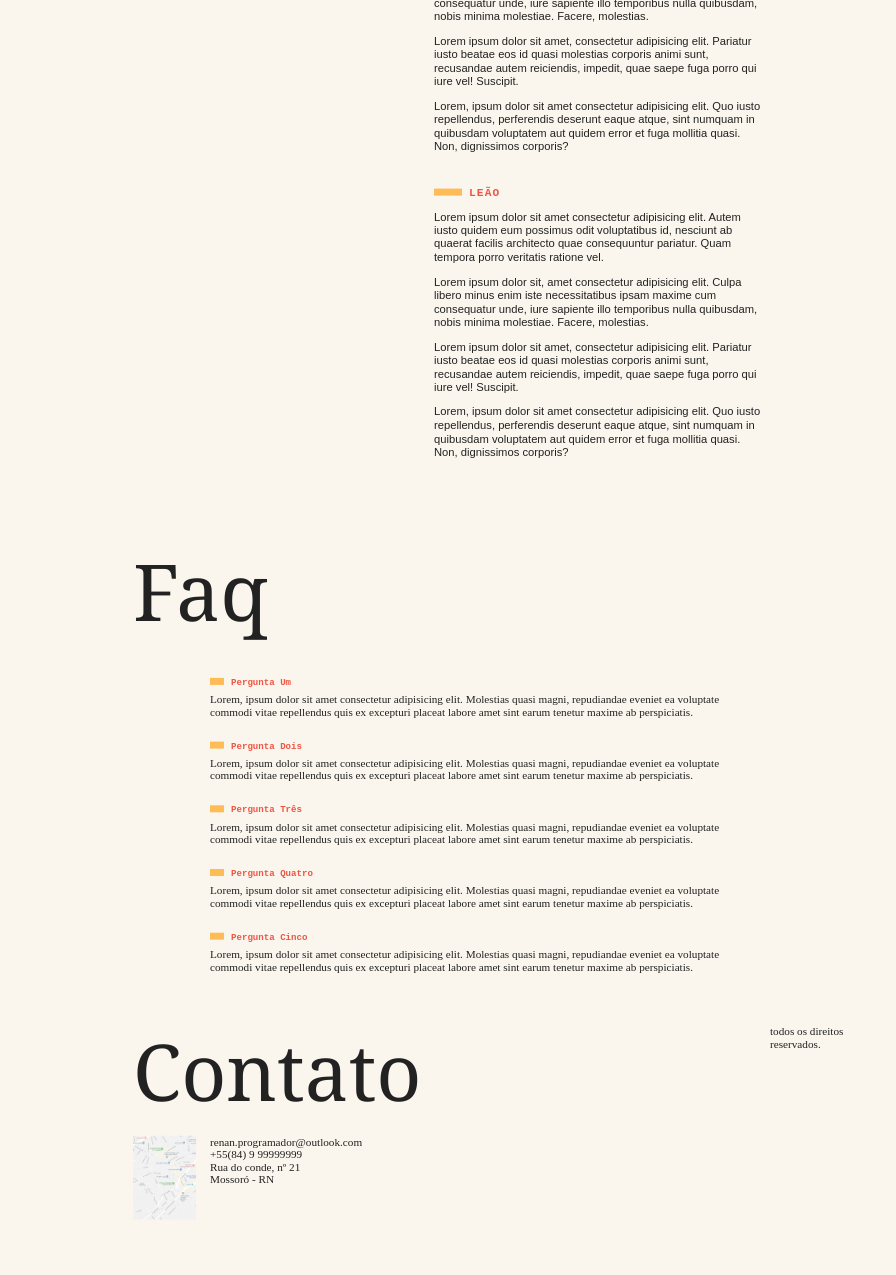
Repository: meiotera/animaisPagina
Page: index.html
The author's editor kept a copy of each file at every save. The page is drawn from the files as they stood at one save, then again after the next save.
The browser window is 1280 px wide. The pictures show the part of the page from y = 2309 to 4229 px (the page is 4131 px tall before and 4229 px after), at 70% of full size.

Above is the page before, as saved 2025-05-03 07:07:35.

### index.html
<!DOCTYPE html>
<html lang="pt-BR">

<head>
  <meta charset="UTF-8">
  <meta name="viewport" content="width=device-width, initial-scale=1.0">

  <link rel="stylesheet" href="css/style.css">
  <title>Animais</title>
</head>

<body>

  <nav class="menu">
    <ul>
      <li><a href="#animais">Animais</a></li>
      <li><a href="#faq">Faq</a></li>
      <li><a href="#contato">Contato</a></li>
      <li><a href="https://github.com/meiotera">Meu GitHub &rarr;</a></li>
    </ul>
  </nav>

  <section class="grid-section animais" id="animais">
    <h1 class="titulo">Animais Fantasticos</h1>

    <ul class="animais-lista">
      <li><img src="./img/imagem1.jpg" alt=""></li>
      <li><img src="./img/imagem2.jpg" alt=""></li>
      <li><img src="./img/imagem3.jpg" alt=""></li>
      <li><img src="./img/imagem4.jpg" alt=""></li>
      <li><img src="./img/imagem5.jpg" alt=""></li>
      <li><img src="./img/imagem6.jpg" alt=""></li>
    </ul>

    <div class="animais-descricao animais">
      <section class="animais">
        <h2>Raposa</h2>
        <p>Lorem ipsum dolor sit amet consectetur adipisicing elit. Autem iusto quidem eum possimus odit voluptatibus id, nesciunt ab quaerat facilis architecto quae consequuntur pariatur. Quam tempora porro veritatis ratione vel.</p>
        <p>Lorem ipsum dolor sit, amet consectetur adipisicing elit. Culpa libero minus enim iste necessitatibus ipsam maxime cum consequatur unde, iure sapiente illo temporibus nulla quibusdam, nobis minima molestiae. Facere, molestias.</p>
        <p>Lorem ipsum dolor sit amet, consectetur adipisicing elit. Pariatur iusto beatae eos id quasi molestias corporis animi sunt, recusandae autem reiciendis, impedit, quae saepe fuga porro qui iure vel! Suscipit.</p>
        <p>Lorem, ipsum dolor sit amet consectetur adipisicing elit. Quo iusto repellendus, perferendis deserunt eaque atque, sint numquam in quibusdam voluptatem aut quidem error et fuga mollitia quasi. Non, dignissimos corporis?</p>
      </section>

      <section>
        <h2>Esquilo</h2>
        <p>Lorem ipsum dolor sit amet consectetur adipisicing elit. Autem iusto quidem eum possimus odit voluptatibus id, nesciunt ab quaerat facilis architecto quae consequuntur pariatur. Quam tempora porro veritatis ratione vel.</p>
        <p>Lorem ipsum dolor sit, amet consectetur adipisicing elit. Culpa libero minus enim iste necessitatibus ipsam maxime cum consequatur unde, iure sapiente illo temporibus nulla quibusdam, nobis minima molestiae. Facere, molestias.</p>
        <p>Lorem ipsum dolor sit amet, consectetur adipisicing elit. Pariatur iusto beatae eos id quasi molestias corporis animi sunt, recusandae autem reiciendis, impedit, quae saepe fuga porro qui iure vel! Suscipit.</p>
        <p>Lorem, ipsum dolor sit amet consectetur adipisicing elit. Quo iusto repellendus, perferendis deserunt eaque atque, sint numquam in quibusdam voluptatem aut quidem error et fuga mollitia quasi. Non, dignissimos corporis?</p>
      </section>

      <section>
        <h2>Urso</h2>
        <p>Lorem ipsum dolor sit amet consectetur adipisicing elit. Autem iusto quidem eum possimus odit voluptatibus id, nesciunt ab quaerat facilis architecto quae consequuntur pariatur. Quam tempora porro veritatis ratione vel.</p>
        <p>Lorem ipsum dolor sit, amet consectetur adipisicing elit. Culpa libero minus enim iste necessitatibus ipsam maxime cum consequatur unde, iure sapiente illo temporibus nulla quibusdam, nobis minima molestiae. Facere, molestias.</p>
        <p>Lorem ipsum dolor sit amet, consectetur adipisicing elit. Pariatur iusto beatae eos id quasi molestias corporis animi sunt, recusandae autem reiciendis, impedit, quae saepe fuga porro qui iure vel! Suscipit.</p>
        <p>Lorem, ipsum dolor sit amet consectetur adipisicing elit. Quo iusto repellendus, perferendis deserunt eaque atque, sint numquam in quibusdam voluptatem aut quidem error et fuga mollitia quasi. Non, dignissimos corporis?</p>
      </section>

      <section>
        <h2>Lobo</h2>
        <p>Lorem ipsum dolor sit amet consectetur adipisicing elit. Autem iusto quidem eum possimus odit voluptatibus id, nesciunt ab quaerat facilis architecto quae consequuntur pariatur. Quam tempora porro veritatis ratione vel.</p>
        <p>Lorem ipsum dolor sit, amet consectetur adipisicing elit. Culpa libero minus enim iste necessitatibus ipsam maxime cum consequatur unde, iure sapiente illo temporibus nulla quibusdam, nobis minima molestiae. Facere, molestias.</p>
        <p>Lorem ipsum dolor sit amet, consectetur adipisicing elit. Pariatur iusto beatae eos id quasi molestias corporis animi sunt, recusandae autem reiciendis, impedit, quae saepe fuga porro qui iure vel! Suscipit.</p>
        <p>Lorem, ipsum dolor sit amet consectetur adipisicing elit. Quo iusto repellendus, perferendis deserunt eaque atque, sint numquam in quibusdam voluptatem aut quidem error et fuga mollitia quasi. Non, dignissimos corporis?</p>
      </section>

      <section>
        <h2>Macaco</h2>
        <p>Lorem ipsum dolor sit amet consectetur adipisicing elit. Autem iusto quidem eum possimus odit voluptatibus id, nesciunt ab quaerat facilis architecto quae consequuntur pariatur. Quam tempora porro veritatis ratione vel.</p>
        <p>Lorem ipsum dolor sit, amet consectetur adipisicing elit. Culpa libero minus enim iste necessitatibus ipsam maxime cum consequatur unde, iure sapiente illo temporibus nulla quibusdam, nobis minima molestiae. Facere, molestias.</p>
        <p>Lorem ipsum dolor sit amet, consectetur adipisicing elit. Pariatur iusto beatae eos id quasi molestias corporis animi sunt, recusandae autem reiciendis, impedit, quae saepe fuga porro qui iure vel! Suscipit.</p>
        <p>Lorem, ipsum dolor sit amet consectetur adipisicing elit. Quo iusto repellendus, perferendis deserunt eaque atque, sint numquam in quibusdam voluptatem aut quidem error et fuga mollitia quasi. Non, dignissimos corporis?</p>
      </section>

      <section>
        <h2>Leão</h2>
        <p>Lorem ipsum dolor sit amet consectetur adipisicing elit. Autem iusto quidem eum possimus odit voluptatibus id, nesciunt ab quaerat facilis architecto quae consequuntur pariatur. Quam tempora porro veritatis ratione vel.</p>
        <p>Lorem ipsum dolor sit, amet consectetur adipisicing elit. Culpa libero minus enim iste necessitatibus ipsam maxime cum consequatur unde, iure sapiente illo temporibus nulla quibusdam, nobis minima molestiae. Facere, molestias.</p>
        <p>Lorem ipsum dolor sit amet, consectetur adipisicing elit. Pariatur iusto beatae eos id quasi molestias corporis animi sunt, recusandae autem reiciendis, impedit, quae saepe fuga porro qui iure vel! Suscipit.</p>
        <p>Lorem, ipsum dolor sit amet consectetur adipisicing elit. Quo iusto repellendus, perferendis deserunt eaque atque, sint numquam in quibusdam voluptatem aut quidem error et fuga mollitia quasi. Non, dignissimos corporis?</p>
      </section>
    </div>
  </section>

  <section class="grid-section faq" id="faq">
    <h2 class="titulo">Faq</h2>

    <dl class="faq-lista">
      <dt>Pergunta Um</dt>
      <dd>Lorem, ipsum dolor sit amet consectetur adipisicing elit. Molestias quasi magni, repudiandae eveniet ea voluptate commodi vitae repellendus quis ex excepturi placeat labore amet sint earum tenetur maxime ab perspiciatis.</dd>

      <dt>Pergunta Dois</dt>
      <dd>Lorem, ipsum dolor sit amet consectetur adipisicing elit. Molestias quasi magni, repudiandae eveniet ea voluptate commodi vitae repellendus quis ex excepturi placeat labore amet sint earum tenetur maxime ab perspiciatis.</dd>

      <dt>Pergunta Três</dt>
      <dd>Lorem, ipsum dolor sit amet consectetur adipisicing elit. Molestias quasi magni, repudiandae eveniet ea voluptate commodi vitae repellendus quis ex excepturi placeat labore amet sint earum tenetur maxime ab perspiciatis.</dd>

      <dt>Pergunta Quatro</dt>
      <dd>Lorem, ipsum dolor sit amet consectetur adipisicing elit. Molestias quasi magni, repudiandae eveniet ea voluptate commodi vitae repellendus quis ex excepturi placeat labore amet sint earum tenetur maxime ab perspiciatis.</dd>

      <dt>Pergunta Cinco</dt>
      <dd>Lorem, ipsum dolor sit amet consectetur adipisicing elit. Molestias quasi magni, repudiandae eveniet ea voluptate commodi vitae repellendus quis ex excepturi placeat labore amet sint earum tenetur maxime ab perspiciatis.</dd>
    </dl>
  </section>

  <section class="grid-section contato" id="contato">
    <h2 class="titulo">Contato</h2>

    <div class="mapa">
      <img src="img/mapa.png" alt="mapa">
    </div>

    <ul class="dados">
      <li>renan.programador@outlook.com</li>
      <li>+55(84) 9 99999999</li>
      <li>Rua do conde, nº 21</li>
      <li>Mossoró - RN</li>
    </ul>
  </section>


  <footer class="footer copy">
    <p>todos os direitos reservados.</p>
  </footer>
  <script src="script.js"></script>
</body>

</html>

### css/style.css
body,
h1,
h2,
h3,
ul,
li,
p,
dd,
dt,
dl,
a {
  margin: 0;
  padding: 0;
  list-style: none;
  text-decoration: none;
}

img {
  display: block;
  max-width: 100%;
}

body {
  background-color: #faf6ed;
  color: #222;
  display: grid;
  /* Colunas organizadas */
  grid-template-columns: 1fr 120px minmax(300px, 800px) 1fr;
}

/* MENU */
.menu {
  grid-column: 3/5;
  margin-top: 2rem;
  margin-bottom: 2rem;
  background-color: #fd5;
}

.menu ul {
  display: flex;
  flex-wrap: wrap;
  padding: 10px;
}

.menu li a {
  display: block;
  padding: 10px;
  margin-right: 10px;
  color: #222;
  text-decoration: none;
  font-family: monospace;
  font-weight: bold;
  text-transform: uppercase;
  font-size: 0.875rem;
  letter-spacing: 0.1rem;
}

/* Sessões */
.grid-section {
  grid-column: 2/4;
  width: 100%;
  box-sizing: border-box;
  padding: 10px;
  display: grid;
  grid-template-columns: 90px 300px 1fr;
  grid-gap: 20px;
  margin-bottom: 4rem;
}

.titulo {
  font-family: Georgia, 'Times New Roman', Times, serif;
  font-size: 7rem;
  line-height: 1;
  font-weight: normal;
  margin-bottom: 1rem;
  grid-column: 1/4;
}

.animais h2 {
  font-family: monospace;
  font-size: 1rem;
  text-transform: uppercase;
  letter-spacing: 0.1em;
  margin-bottom: 1rem;
  color: #e54;
}

.animais h2::before {
  content: '';
  display: inline-block;
  width: 40px;
  height: 10px;
  margin-right: 10px;
  background-color: #fb5;
}

.animais p {
  font-family: Arial, Helvetica, sans-serif;
  line-height: 1.2;
  margin-bottom: 1rem;
}

.animais-lista {
  height: 370px;
  overflow-y: scroll;
  grid-column: 2;
}

/* Scroll */
.animais-lista::-webkit-scrollbar {
  width: 20px;
}

.animais-lista::-webkit-scrollbar-thumb {
  background-color: #fb5;
  border-left: 4px solid #faf6ed;
  border-right: 4px solid #faf6ed;
}

.animais-lista::-webkit-scrollbar-track {
  background-color: #faf6ed;
}

.animais-descricao {
  grid-column: 3;
}

.animais-descricao section {
  margin-bottom: 3rem;
}

.faq-lista {
  grid-column: 2/4;
}

.faq-lista dt {
  font-family: monospace;
  font-weight: bold;
  margin-top: 2rem;
  margin-bottom: 0.5rem;
  color: #e54;
}

.faq-lista dt::before {
  content: '';
  display: inline-block;
  width: 20px;
  height: 10px;
  margin-right: 10px;
  background-color: #fb5;
}

Loaded but not shown: script.js (no copy from this time; the picture is the same without it)

After the next save:
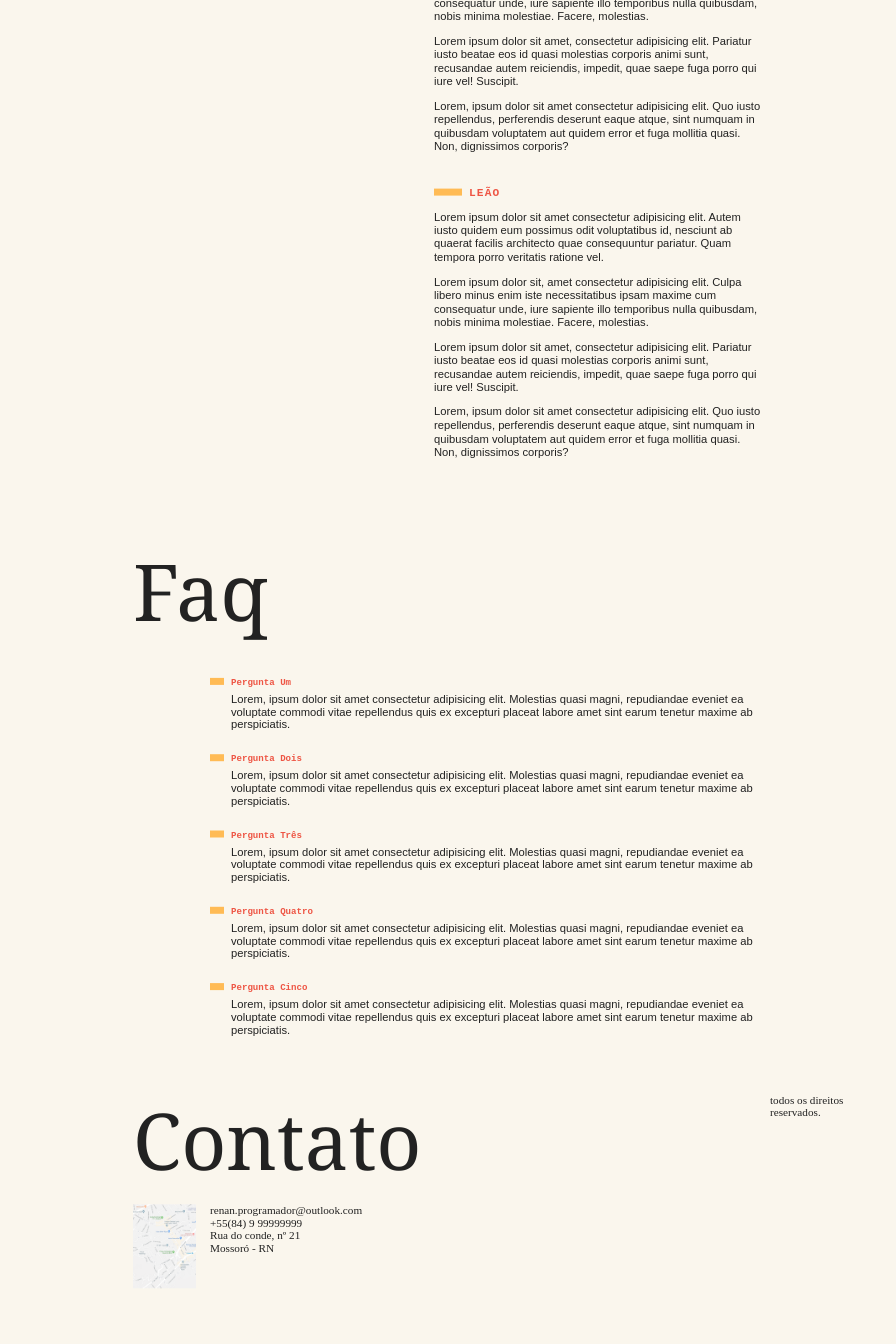
Saved 34 s later.
--- a/css/style.css
+++ b/css/style.css
@@ -149,3 +149,9 @@
   margin-right: 10px;
   background-color: #fb5;
 }
+
+.faq-lista dd {
+  font-family: Arial, Helvetica, sans-serif;
+  margin-bottom: 0.5rem;
+  margin-left: 30px;
+}
